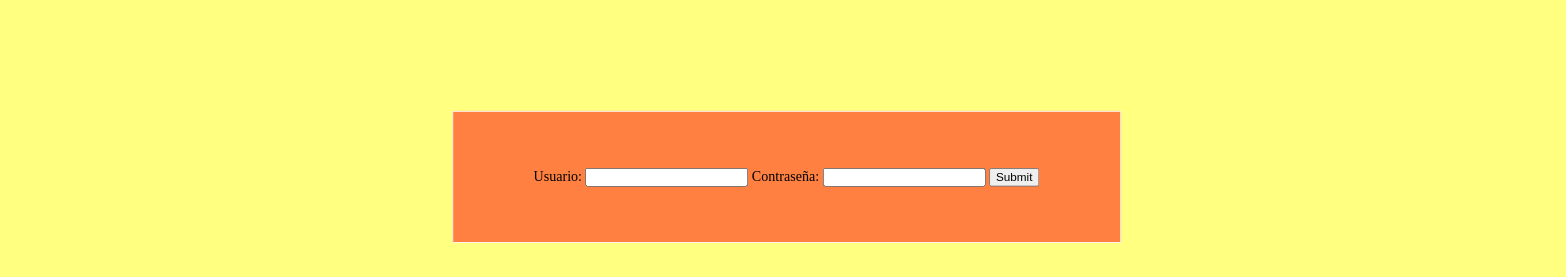
Repository: salvadorsobrino/Ejercicio5ServletJSP
Page: http://localhost/Ejercicio5/
The author's editor kept a copy of each file at every save. The page is drawn from the files as they stood at one save, then again after the next save.
The browser window is 1280 px wide. The page is 1280 px wide, then 1780 px, then 1280 px, so the pictures cover 1780 px, including what lies to the right of the window. The pictures show the whole page, at 88% of full size.
The page is served by Tomcat 9.

Above is the page before, as saved 2022-03-11 09:51:03.

After the next save:
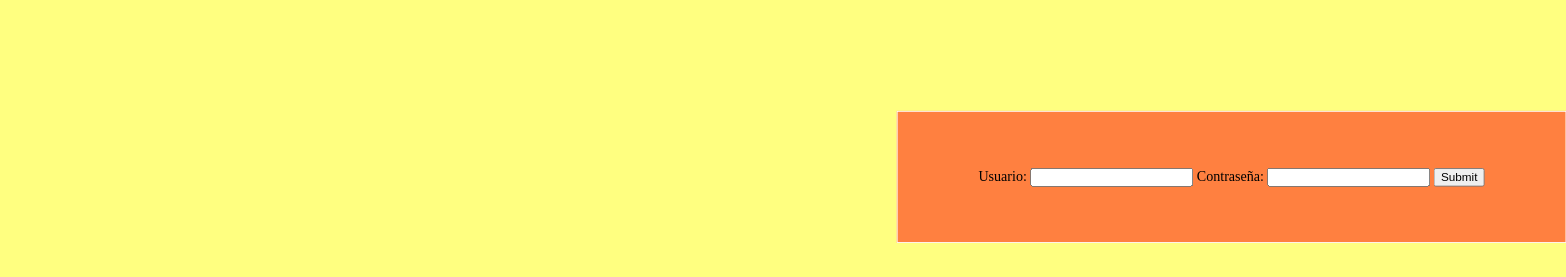
Saved 25 s later.
--- a/Ejercicio5/src/main/webapp/index.css
+++ b/Ejercicio5/src/main/webapp/index.css
@@ -14,7 +14,7 @@
 	width: 50%;
 	height: auto;
 	margin-top: 10%;
-	margin-left: 40%;
+	margin-left: 80%;
 	text-align:center;
 	padding: 5%;
 

After the save that followed:
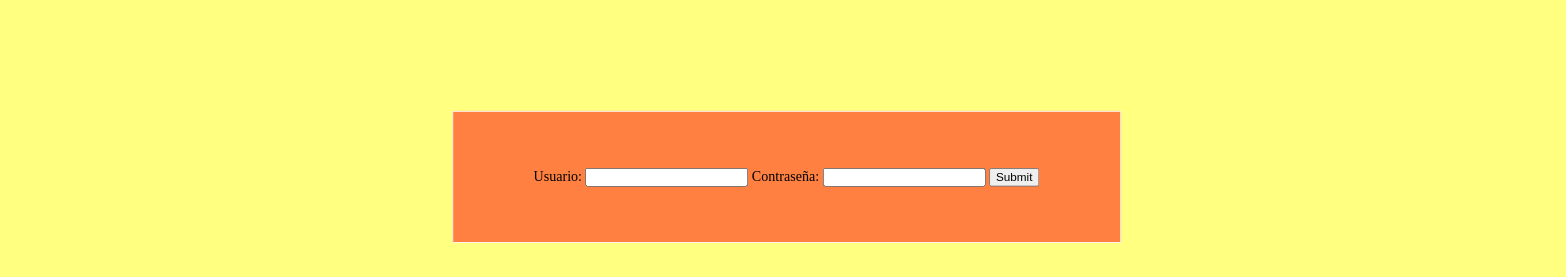
Saved 92 s later.
--- a/Ejercicio5/src/main/webapp/index.css
+++ b/Ejercicio5/src/main/webapp/index.css
@@ -14,7 +14,7 @@
 	width: 50%;
 	height: auto;
 	margin-top: 10%;
-	margin-left: 80%;
+	margin-left: 40%;
 	text-align:center;
 	padding: 5%;
 
